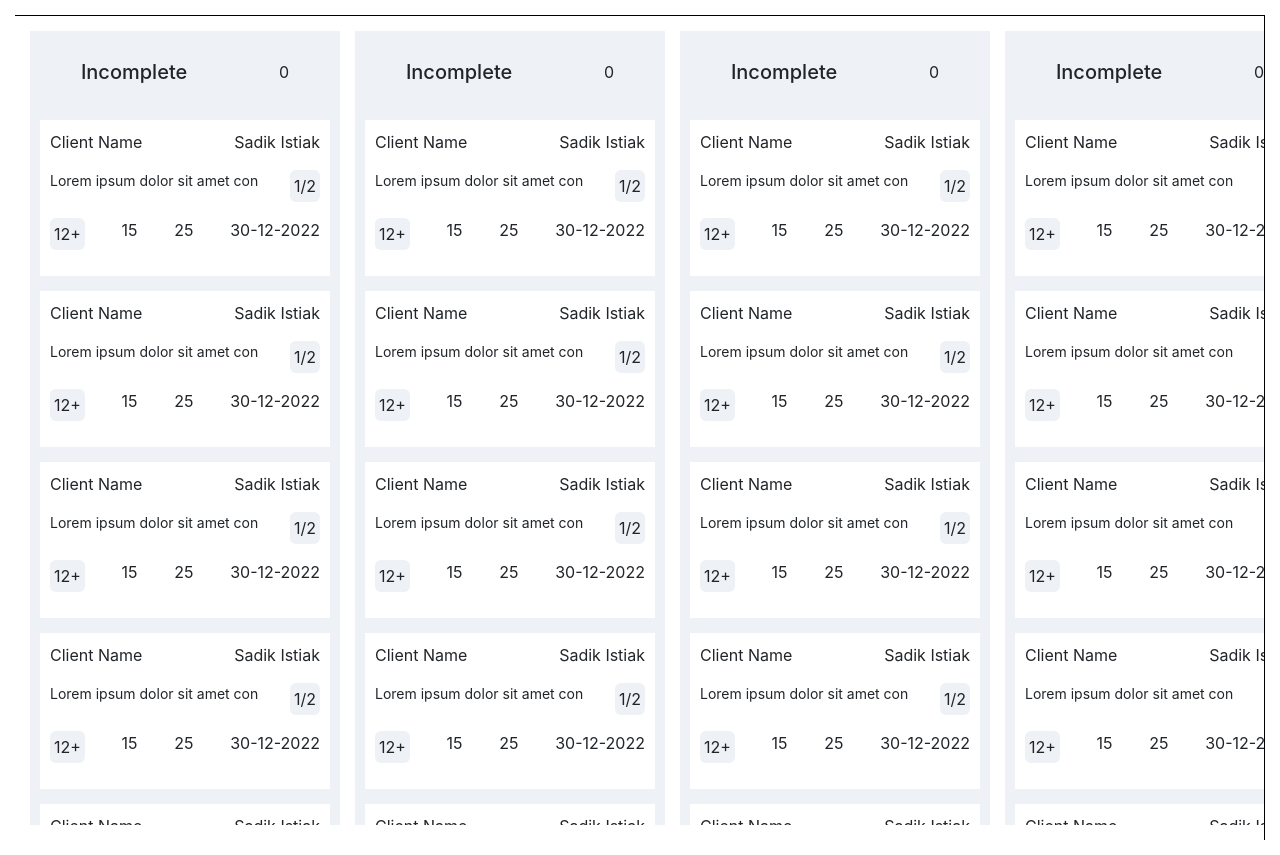
Repository: Sharif-00112/dashboard-task-frontend
Page: /
The author's editor kept a copy of each file at every save. The page is drawn from the files as they stood at one save, then again after the next save.
The browser window is 1280 px wide. The pictures show the whole page.
The project was rebuilt for these pictures with package versions that can differ from the ones it lists, and the page was loaded fresh each time.

Above is the page before, as saved 2023-01-29 20:04:23.

After the next save:
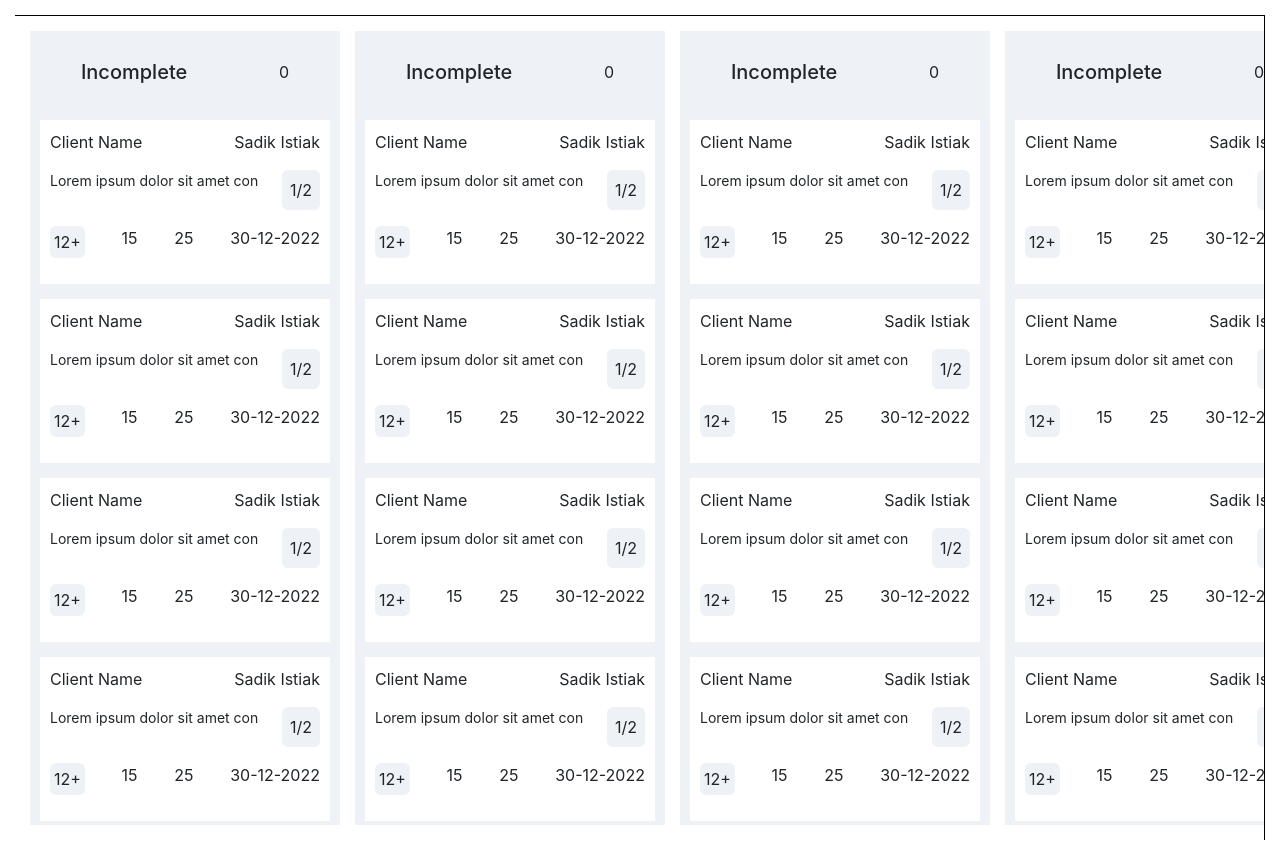
Saved 14 s later.
--- a/src/Components/Task.js
+++ b/src/Components/Task.js
@@ -11,7 +11,7 @@ const Task = (props) => {
             </div>
             <div className="task-part">
                 <small>{taskSummary.substring(0,30)}</small>
-                <p className='background p-1 rounded'>{progress}</p>
+                <p className='background p-2 rounded'>{progress}</p>
             </div>
             <div className="task-part">
                 <p className='background p-1 rounded'>{modules}+</p>
